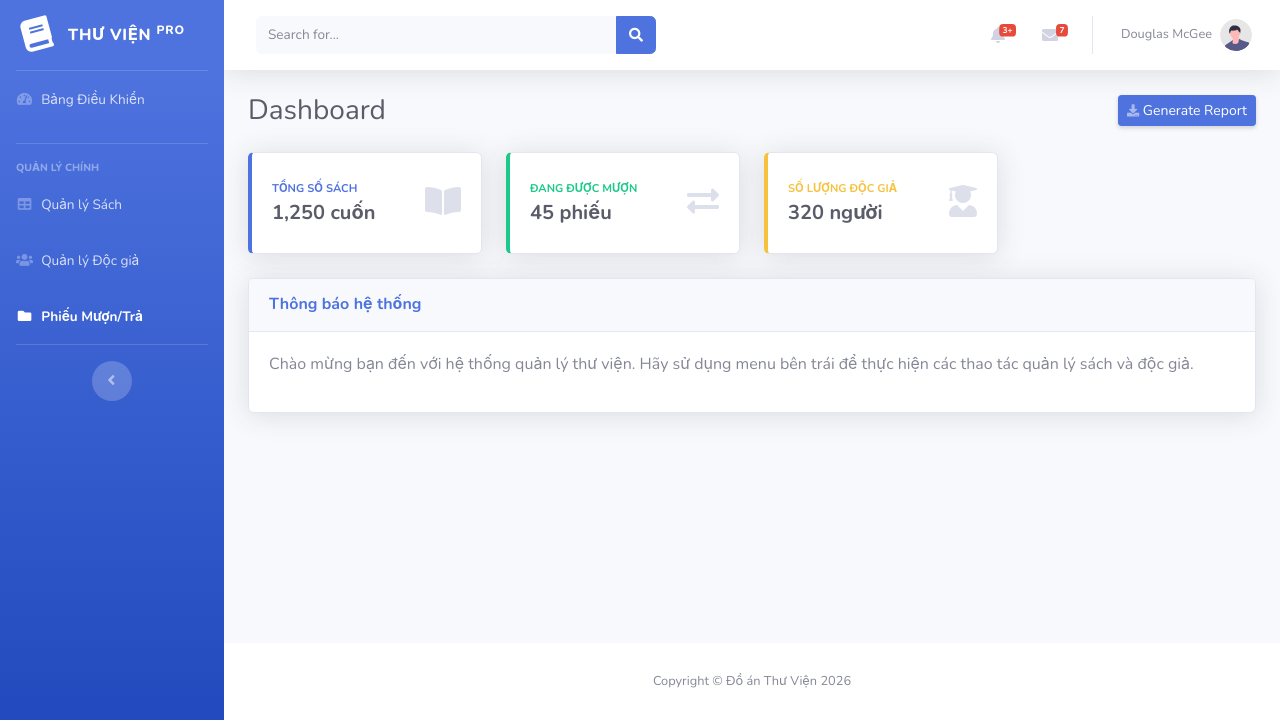
Repository: anhduong030409/LibraryManagement
Page: http://localhost/LibraryManagement/index_1.jsp
These files come from the project's save history. The page is drawn as it stood at one moment and after the next save; the edit follows.
The browser window is 1280 px wide. The pictures show the whole page.
The page is served by Tomcat 9.

Above is the page before, as saved 2026-03-11 18:20:41.

After the next save:
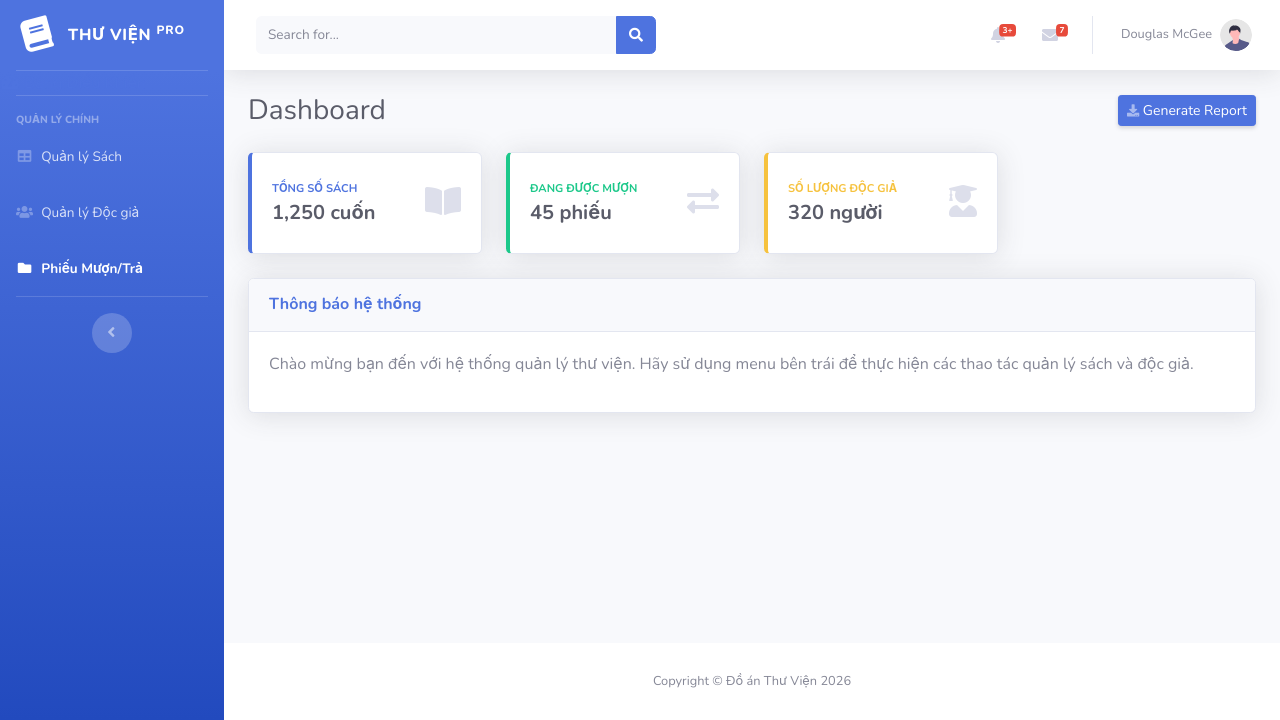
Saved 4 min 31 s later.
--- a/LibraryManagement/src/main/webapp/sidebar.jsp
+++ b/LibraryManagement/src/main/webapp/sidebar.jsp
@@ -21,7 +21,7 @@
 
 	            <hr class="sidebar-divider my-0">
 	            <li class="nav-item <%= (currentPage.equals("index.jsp") || currentPage.equals("")) ? "active" : "" %>">
-	                <a class="nav-item active nav-link" href="index_1.jsp">
+	                <a class="nav-item " href="index_1.jsp">
 	                    <i class="fas fa-fw fa-tachometer-alt"></i>
 	                    <span>Bảng Điều Khiển</span></a>
 	            </li>

After the save that followed:
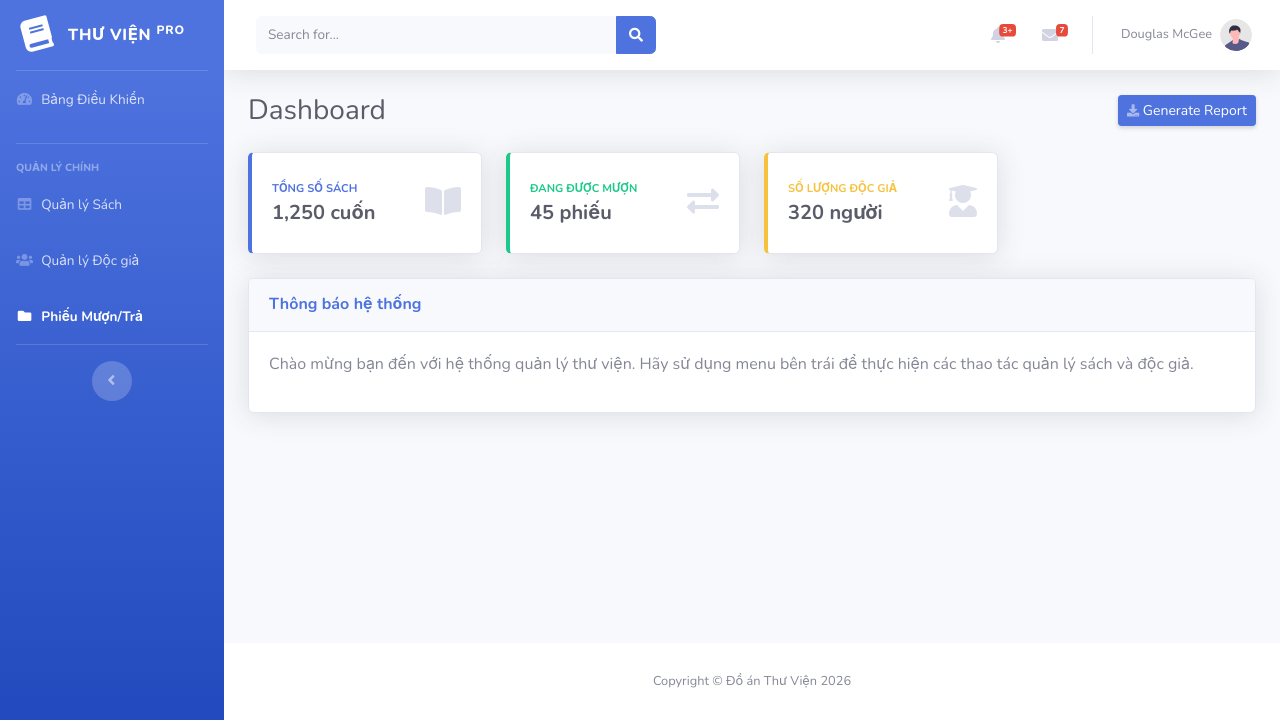
Saved 12 s later.
--- a/LibraryManagement/src/main/webapp/sidebar.jsp
+++ b/LibraryManagement/src/main/webapp/sidebar.jsp
@@ -21,7 +21,7 @@
 
 	            <hr class="sidebar-divider my-0">
 	            <li class="nav-item <%= (currentPage.equals("index.jsp") || currentPage.equals("")) ? "active" : "" %>">
-	                <a class="nav-item " href="index_1.jsp">
+	                <a class="nav-item active nav-link" href="index_1.jsp">
 	                    <i class="fas fa-fw fa-tachometer-alt"></i>
 	                    <span>Bảng Điều Khiển</span></a>
 	            </li>
